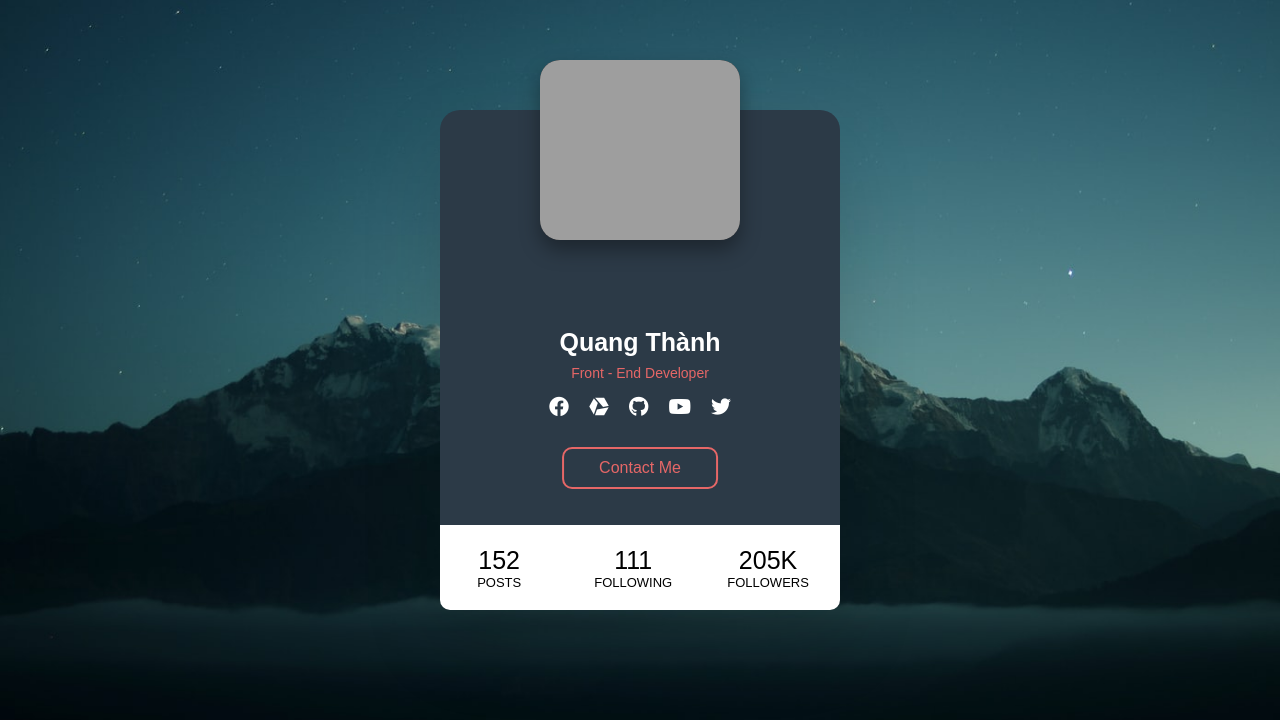
Repository: QuangThanh152/Profile-me
Page: index.html
An editor plug-in stored every save of this project. The page is shown before and after the next save, followed by the edit.
The browser window is 1280 px wide. The pictures show the whole page.
Pictures or frames that could not be fetched are drawn as grey boxes.

Above is the page before, as saved 2022-10-07 16:19:52.

After the next save:
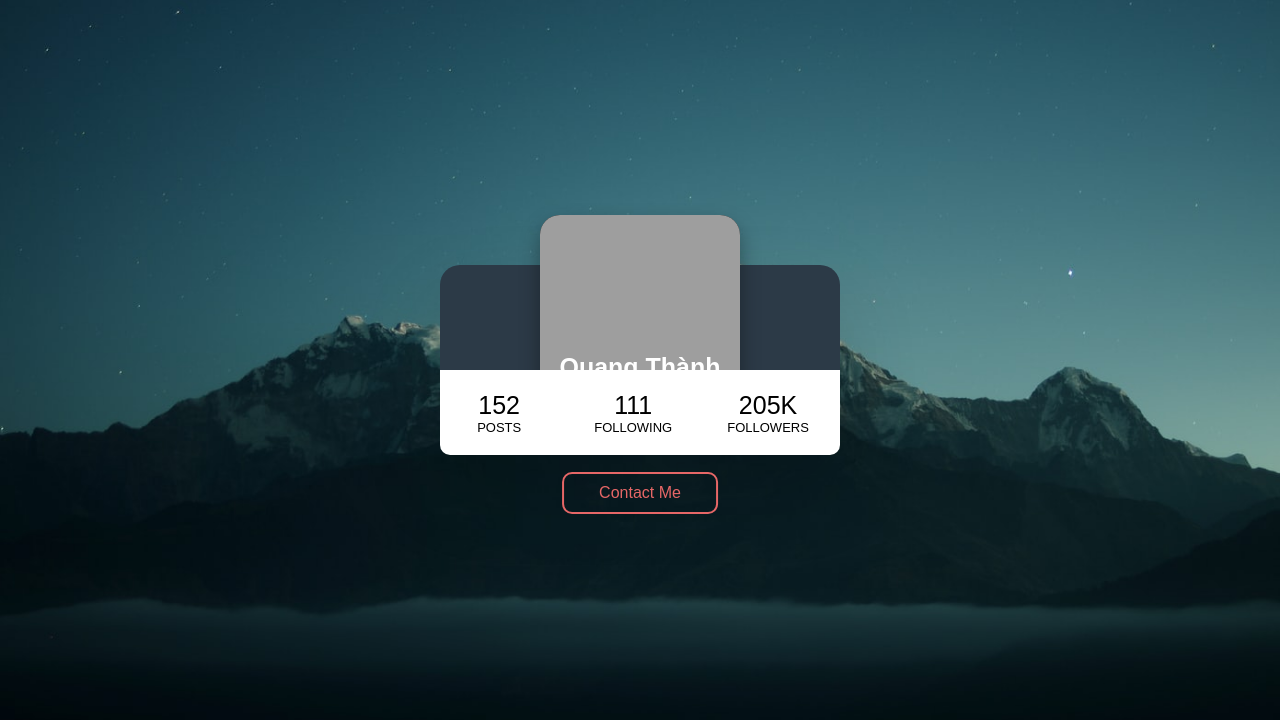
Saved 57 s later.
--- a/accets/main.css
+++ b/accets/main.css
@@ -18,8 +18,7 @@ body {
 .card {
     position: relative;
     width: 400px;
-    /* height: 190px; */
-    height: 500px;
+    height: 190px;
     border-radius: 20px;
     background: #2c3a47;
     transition: 0.2s;
